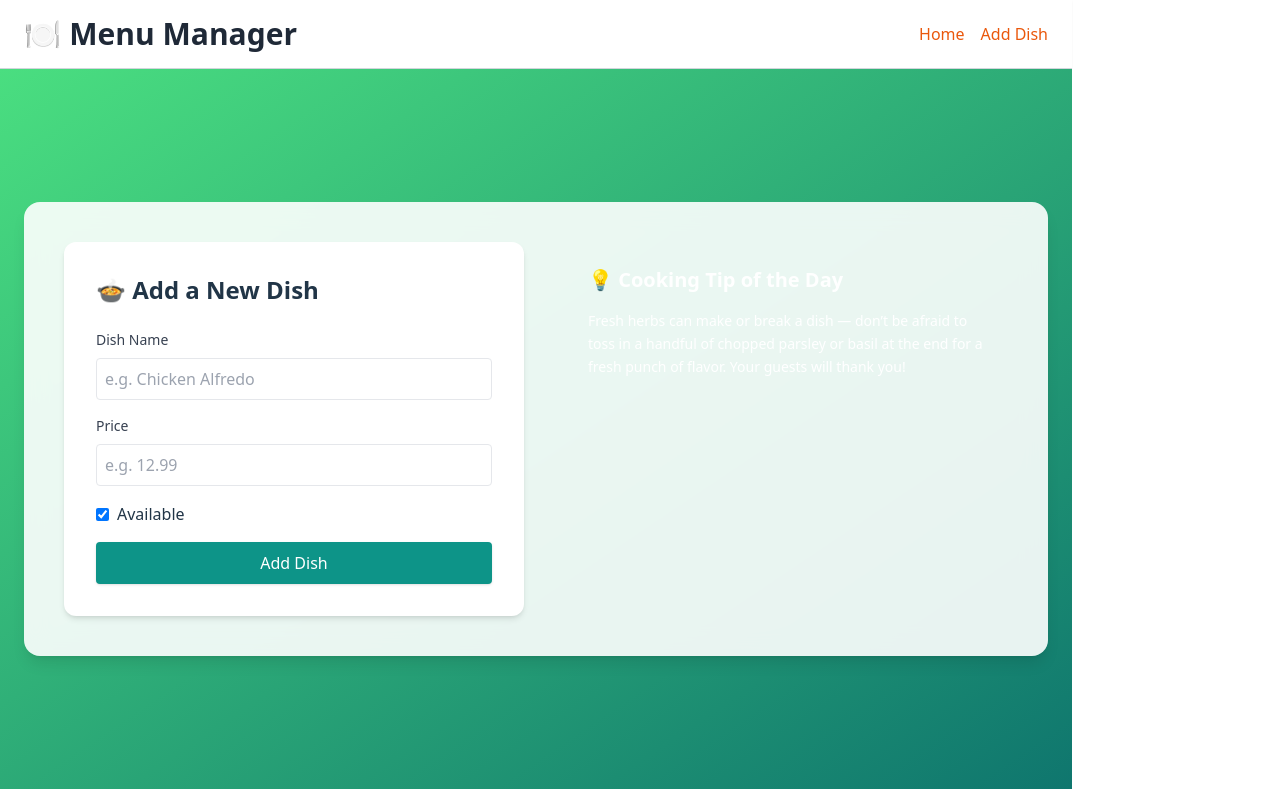
Repository: PEEZYBEE/react-hooks-phase-2-project
Page: /add (app in menu-manager/)
These files come from the project's save history. The page is drawn as it stood at one moment and after a run of saves; the edit follows.
The browser window is 1280 px wide. The pictures show the whole page.
The project was rebuilt for these pictures with package versions that can differ from the ones it lists, and the page was loaded fresh each time. Also part of the build but not shown: menu-manager/vite.config.js, menu-manager/src/components/Search.jsx, menu-manager/src/components/DishCard.jsx, menu-manager/src/components/DishList.jsx, menu-manager/src/pages/MenuPage.jsx, menu-manager/src/components/DishForm.jsx, menu-manager/src/pages/EditDishPage.jsx.

Above is the page before, as saved 2025-04-19 14:12:49.

### menu-manager/index.html
<!doctype html>
<html lang="en">
  <head>
    <meta charset="UTF-8" />
    <link rel="icon" type="image/svg+xml" href="/vite.svg" />
    <meta name="viewport" content="width=device-width, initial-scale=1.0" />
    <title>Menu Manager</title>
  </head>
  <body>
    <div id="root"></div>
    <script type="module" src="/src/main.jsx"></script>
  </body>
</html>

### menu-manager/src/App.jsx
import { BrowserRouter as Router, Routes, Route } from "react-router-dom";
import Header from "./components/Header";
import MenuPage from "./pages/MenuPage";
import AddDishPage from "./pages/AddDishPage";
import EditDishPage from "./pages/EditDishPage";

function App() {
  return (
    <Router>
      <Header />
      <main>
        <Routes>
          <Route path="/" element={<MenuPage />} />
          <Route path="/add" element={<AddDishPage />} />
          <Route path="/edit/:id" element={<EditDishPage />} />
        </Routes>
      </main>
    </Router>
  );
}

export default App;

### menu-manager/src/components/Header.jsx
// src/components/Header.jsx
import { Link } from "react-router-dom";

function Header() {
  return (
    <header className="flex items-center justify-between px-6 py-4 border-b border-gray-300 bg-white shadow-sm">
      <h1 className="text-3xl font-bold text-gray-800">🍽️ Menu Manager</h1>
      <nav className="space-x-4">
        <Link
          to="/"
          className="text-orange-600 hover:text-blue-800 transition duration-200"
        >
          Home
        </Link>
        <Link
          to="/add"
          className="text-orange-600 hover:text-blue-800 transition duration-200"
        >
          Add Dish
        </Link>
      </nav>
    </header>
  );
}

export default Header;

### menu-manager/src/pages/AddDishPage.jsx
import { useState } from "react";
import { useNavigate } from "react-router-dom";

function AddDishPage() {
  const [name, setName] = useState("");
  const [price, setPrice] = useState("");
  const [available, setAvailable] = useState(true);
  const navigate = useNavigate();

  function handleSubmit(e) {
    e.preventDefault();
    const newDish = { name, price: parseFloat(price), available };

    fetch("http://localhost:3001/dishes", {
      method: "POST",
      headers: { "Content-Type": "application/json" },
      body: JSON.stringify(newDish),
    })
      .then((res) => res.json())
      .then(() => navigate("/"));
  }

  return (
    <div className="min-h-screen bg-gradient-to-br from-green-400 to-teal-700 flex items-center justify-center p-6">
      <div className="bg-white bg-opacity-90 backdrop-blur-md rounded-2xl shadow-lg p-10 w-full max-w-5xl flex flex-col md:flex-row items-center md:items-start gap-10">
        {/* Form Section */}
        <form
          onSubmit={handleSubmit}
          className="flex-1 bg-white p-8 rounded-xl shadow-md"
        >
          <h2 className="text-2xl font-bold mb-6 flex items-center gap-2">
            🍲 Add a New Dish
          </h2>

          <label className="block mb-2 text-sm font-medium text-gray-700">
            Dish Name
          </label>
          <input
            type="text"
            placeholder="e.g. Chicken Alfredo"
            value={name}
            onChange={(e) => setName(e.target.value)}
            className="w-full p-2 mb-4 border rounded focus:outline-none focus:ring-2 focus:ring-teal-500"
            required
          />

          <label className="block mb-2 text-sm font-medium text-gray-700">
            Price
          </label>
          <input
            type="number"
            step="0.01"
            placeholder="e.g. 12.99"
            value={price}
            onChange={(e) => setPrice(e.target.value)}
            className="w-full p-2 mb-4 border rounded focus:outline-none focus:ring-2 focus:ring-teal-500"
            required
          />

          <label className="inline-flex items-center mb-4">
            <input
              type="checkbox"
              checked={available}
              onChange={(e) => setAvailable(e.target.checked)}
              className="mr-2"
            />
            Available
          </label>

          <button
            type="submit"
            className="w-full bg-teal-600 hover:bg-teal-700 text-white py-2 px-4 rounded shadow"
          >
            Add Dish
          </button>
        </form>

        {/* Side Content */}
        <div className="hidden md:block flex-1 text-white p-6">
          <h3 className="text-xl font-semibold mb-4">
            💡 Cooking Tip of the Day
          </h3>
          <p className="text-sm leading-relaxed">
            Fresh herbs can make or break a dish — don’t be afraid to toss in a handful of chopped parsley or basil at the end for a fresh punch of flavor. Your guests will thank you!
          </p>
        </div>
      </div>
    </div>
  );
}

export default AddDishPage;

Loaded but not shown: menu-manager/src/main.jsx (common file); menu-manager/src/index.css (common file); menu-manager/tailwind.config.js (common file)

After the next 2 saves:
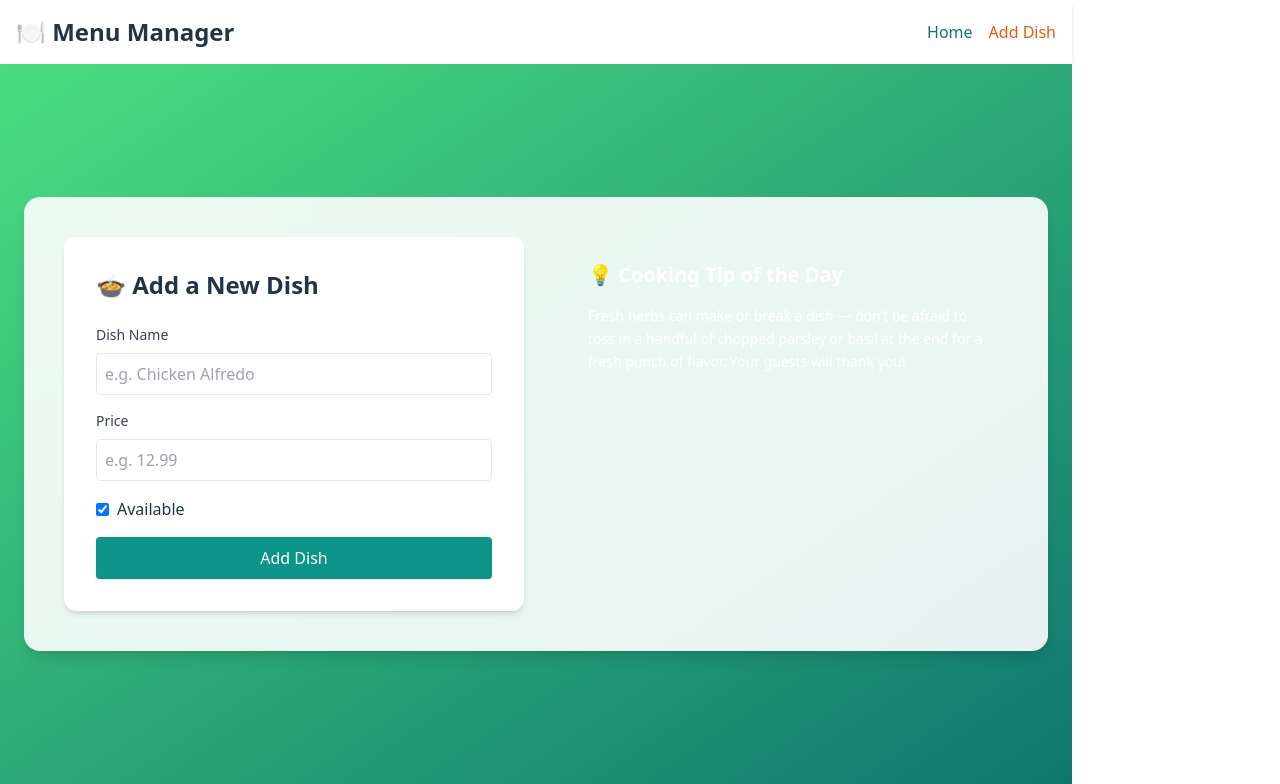
The 2 saves are shown as one change because they came seconds apart.
The last was saved 25 s later.
--- a/menu-manager/src/components/Header.jsx
+++ b/menu-manager/src/components/Header.jsx
@@ -1,24 +1,21 @@
-// src/components/Header.jsx
 import { Link } from "react-router-dom";
 
 function Header() {
   return (
-    <header className="flex items-center justify-between px-6 py-4 border-b border-gray-300 bg-white shadow-sm">
-      <h1 className="text-3xl font-bold text-gray-800">🍽️ Menu Manager</h1>
-      <nav className="space-x-4">
-        <Link
-          to="/"
-          className="text-orange-600 hover:text-blue-800 transition duration-200"
-        >
-          Home
-        </Link>
-        <Link
-          to="/add"
-          className="text-orange-600 hover:text-blue-800 transition duration-200"
-        >
-          Add Dish
-        </Link>
-      </nav>
+    <header className="bg-white p-4 shadow-md">
+      <div className="container mx-auto flex justify-between items-center">
+        <h1 className="text-2xl font-bold flex items-center gap-2">
+          🍽️ Menu Manager
+        </h1>
+        <nav className="space-x-4">
+          <Link to="/" className="text-teal-700 hover:underline">
+            Home
+          </Link>
+          <Link to="/add" className="text-orange-600 hover:underline">
+            Add Dish
+          </Link>
+        </nav>
+      </div>
     </header>
   );
 }
